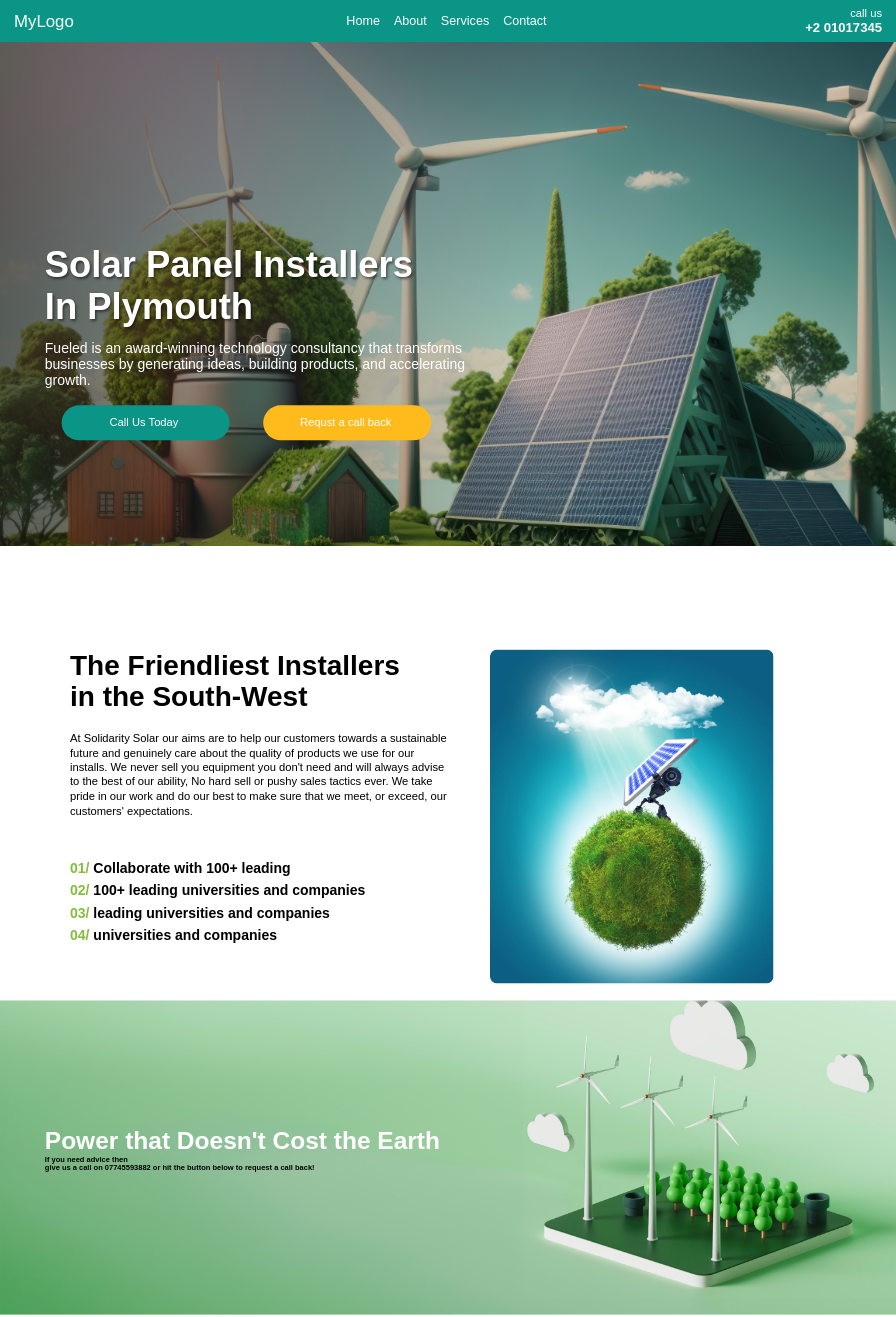
Repository: MaramNabil872/Landing-Page
Page: landingPage.html
These files come from the project's save history. The page is drawn as it stood at one moment and after the next save; the edit follows.
The browser window is 1280 px wide. The pictures show the whole page, at 70% of full size.

Above is the page before, as saved 2024-10-20 21:41:06.

After the next save:
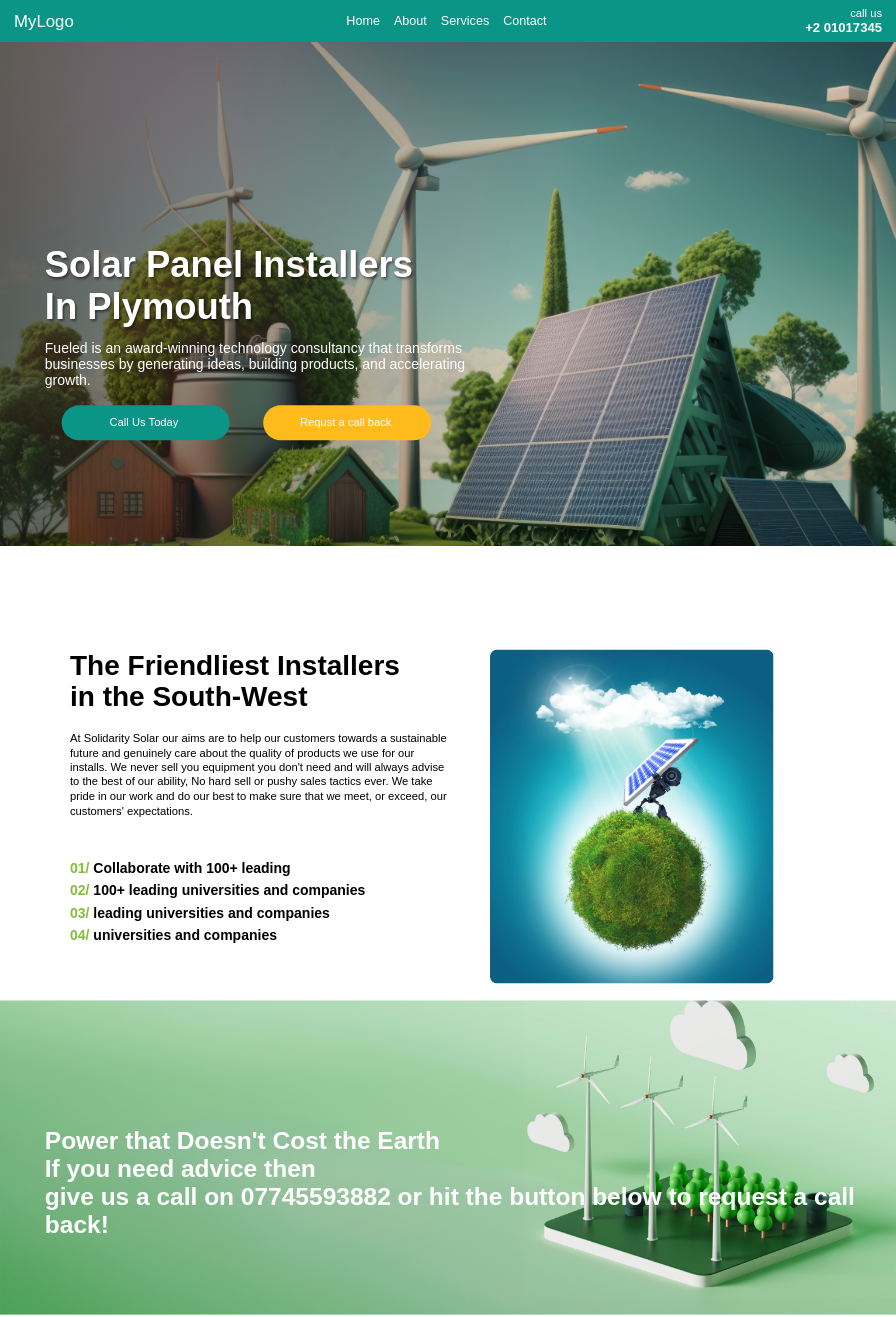
Saved 17 s later.
--- a/landingPage.html
+++ b/landingPage.html
@@ -96,7 +96,7 @@
             <img src="images/middle.png" alt="img">
             <div class="main-text">
                 <h2 class="section2-text">Power that Doesn't Cost the Earth</h2>
-              <h6 >If you need advice then<br> give us a call on 07745593882 or hit the button below to request a call back!</h6>
+              <h6 class="section2-text">If you need advice then<br> give us a call on 07745593882 or hit the button below to request a call back!</h6>
             </div>
         </div>
     </body>

After the save that followed:
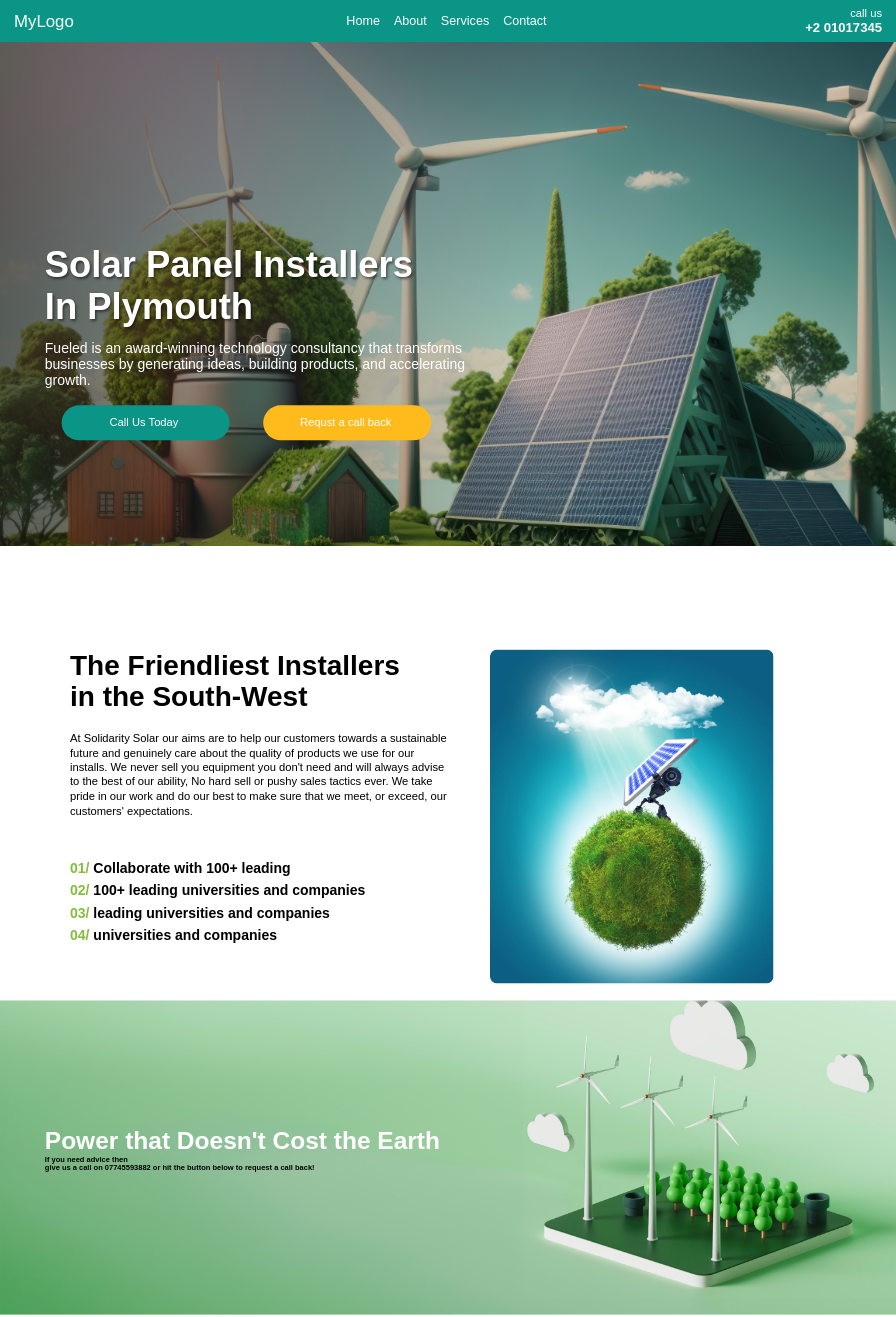
Saved 4 s later.
--- a/landingPage.html
+++ b/landingPage.html
@@ -96,7 +96,7 @@
             <img src="images/middle.png" alt="img">
             <div class="main-text">
                 <h2 class="section2-text">Power that Doesn't Cost the Earth</h2>
-              <h6 class="section2-text">If you need advice then<br> give us a call on 07745593882 or hit the button below to request a call back!</h6>
+              <h6 class="section2-paragraph">If you need advice then<br> give us a call on 07745593882 or hit the button below to request a call back!</h6>
             </div>
         </div>
     </body>
